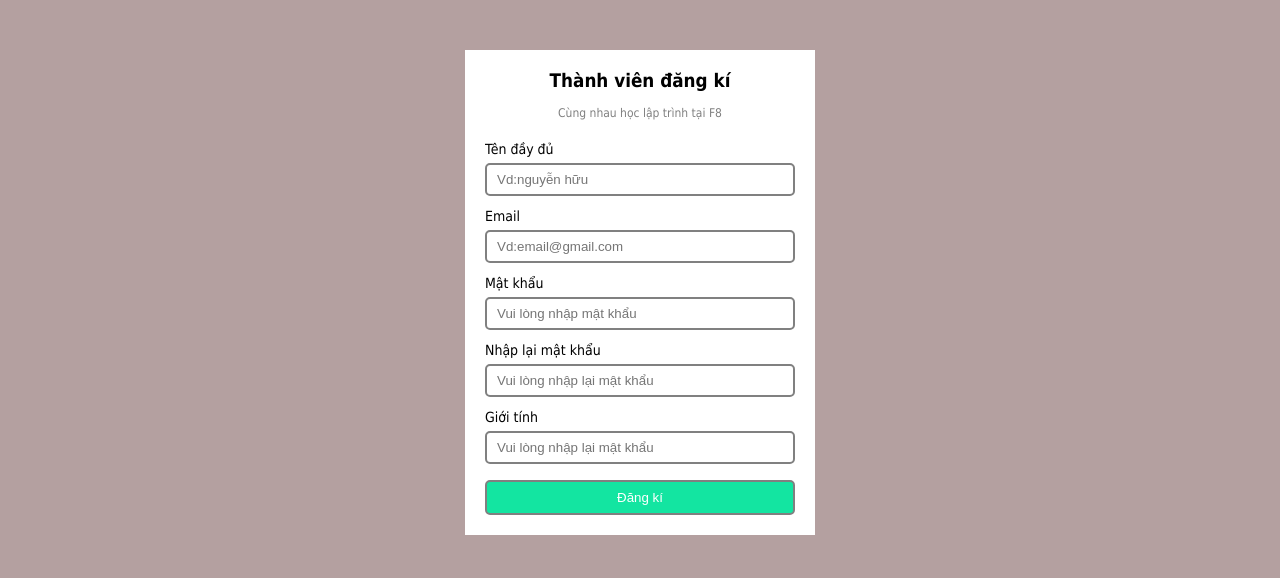
Repository: HuunvDev/Validator
Page: index.html
An editor plug-in stored every save of this project. The page is shown before and after the next save, followed by the edit.
The browser window is 1280 px wide. The pictures show the whole page.
Some web libraries are served in a nearby version.

Above is the page before, as saved 2022-08-21 08:27:12.

After the next save:
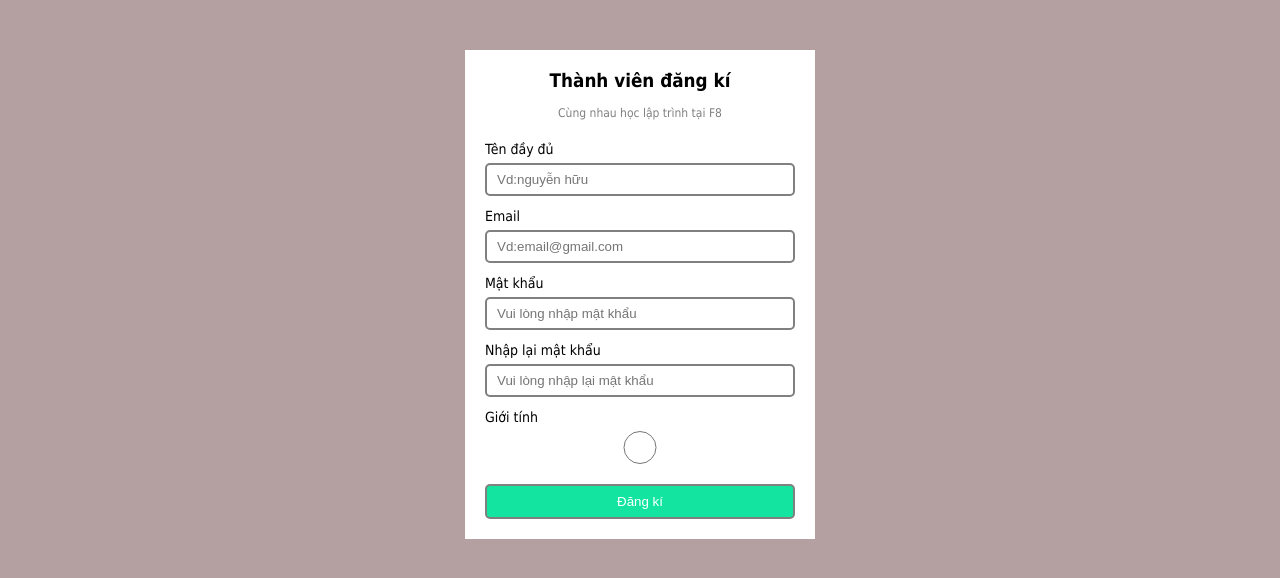
Saved 20 s later.
--- a/index.html
+++ b/index.html
@@ -39,7 +39,7 @@
 
             <div class="form-group">
                 <label for="password_confirmation" class="form-lable">Giới tính</label><br>
-                <input type="password" id="password_confirmation" name="password_confirmation" placeholder="Vui lòng nhập lại mật khẩu"><br>
+                <input type="radio" id="password_confirmation" name="password_confirmation" placeholder="Vui lòng nhập lại mật khẩu"><br>
                 <span class="form-message"></span>
             </div>
                 <!-- <input type="checkbox" name ="condition" id ="condition">
